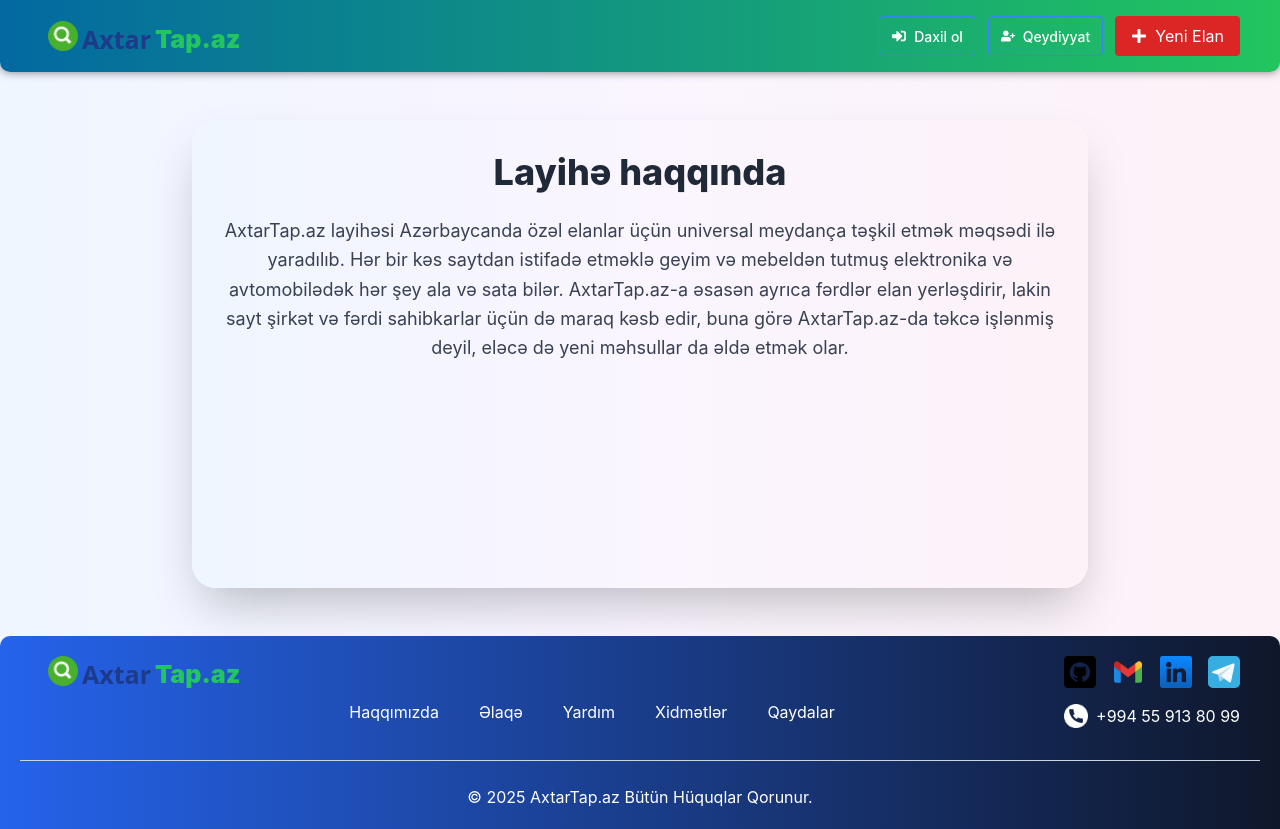
Repository: Omur56/AxtarTap.az
Page: /about
The author's editor kept a copy of each file at every save. The page is drawn from the files as they stood at one save, then again after the next save.
The browser window is 1280 px wide. The pictures show the whole page.
The project was rebuilt for these pictures with package versions that can differ from the ones it lists, and the page was loaded fresh each time. Some packages were replaced by stand-ins written for this rebuild. Also part of the build but not shown: src/pages/Katalog/Cateqories/index.jsx, src/pages/Katalog/index.jsx, src/pages/Contact/index.jsx, src/pages/Qaydalar/index.jsx, src/pages/Yardım/index.jsx, src/pages/Xidmetler/index.jsx, src/pages/Home/index.jsx, src/components/CreatePostNeqliyyat/index.jsx and 32 more.

Above is the page before, as saved 2025-08-21 19:34:24.

After the next save:
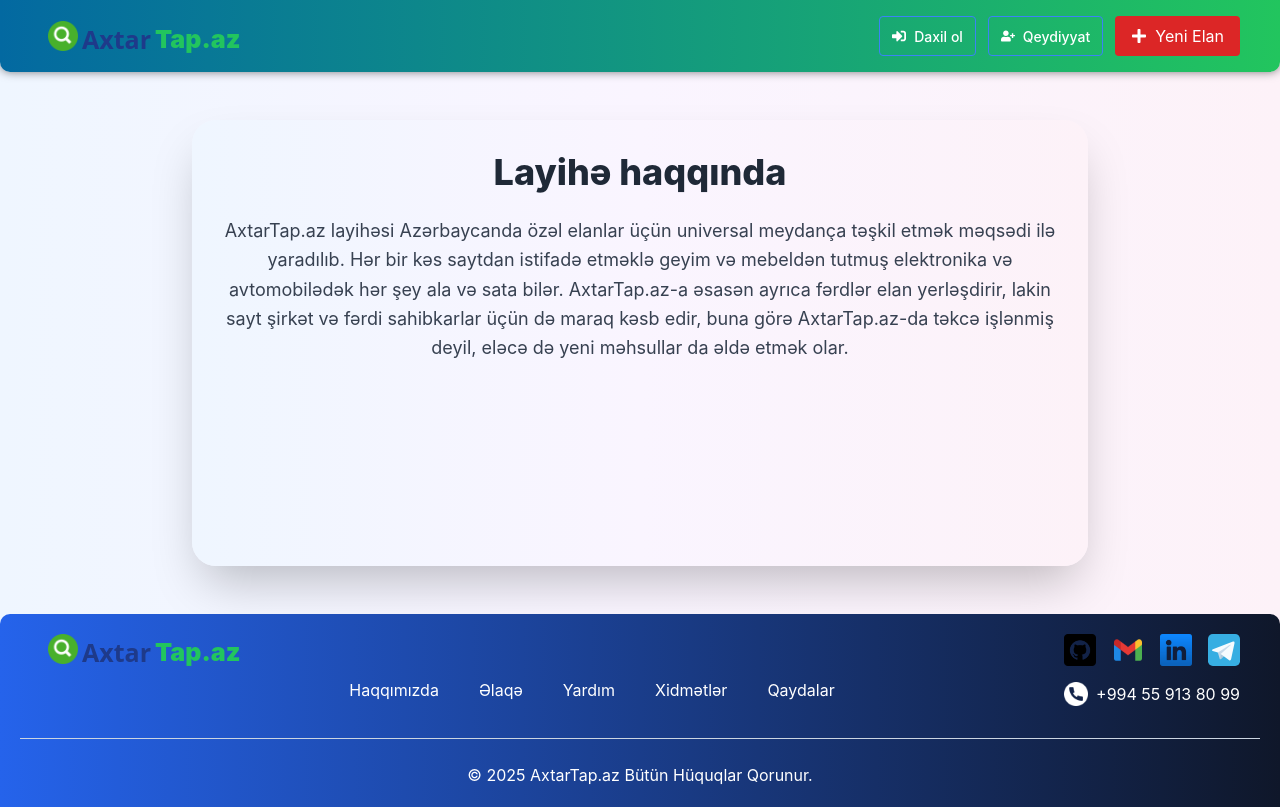
Saved 5 s later.
--- a/src/pages/About/index.jsx
+++ b/src/pages/About/index.jsx
@@ -8,7 +8,7 @@ return( <div>
 
 
 
-<div className="max-w-4xl mx-auto p-8 mt-12 mb-12 min-h-[65vh] bg-gradient-to-r from-blue-50 via-purple-50 to-pink-50 rounded-3xl shadow-2xl">
+<div className="max-w-4xl mx-auto p-8 mt-12 mb-12 min-h-[62vh] bg-gradient-to-r from-blue-50 via-purple-50 to-pink-50 rounded-3xl shadow-2xl">
   <h2 className="text-4xl font-extrabold text-gray-800 mb-6 text-center">Layihə haqqında</h2>
 
   <p className="text-gray-700 text-lg leading-relaxed text-center">
